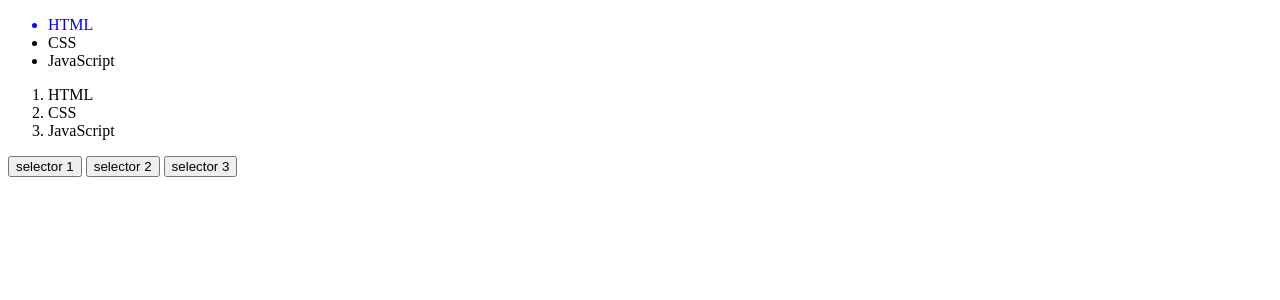
Repository: letzbegin/Study
Page: http://localhost/Javascript/DOM/Ex_03.jsp
The author's editor kept a copy of each file at every save. The page is drawn from the files as they stood at one save, then again after the next save.
The browser window is 1280 px wide. The pictures show the whole page.
After loading, the first visible `input[onclick="third()"]` was clicked once.
The page is served by Tomcat 9. Other server files are loaded and not shown.

Above is the page before, as saved 2018-09-15 15:58:59.

### web_javascript/Javascript/WebContent/DOM/Ex_03.jsp
<%@ page language="java" contentType="text/html; charset=UTF-8"
    pageEncoding="UTF-8"%>
<!DOCTYPE html PUBLIC "-//W3C//DTD HTML 4.01 Transitional//EN" "http://www.w3.org/TR/html4/loose.dtd">
<html>
<head>
<meta http-equiv="Content-Type" content="text/html; charset=UTF-8">
<title>Insert title here</title>
</head>
<body>
<ul>
    <li>HTML</li>
    <li>CSS</li>
    <li>JavaScript</li>
</ul>
<ol>
    <li>HTML</li>
    <li class="active">CSS</li>
    <li>JavaScript</li>
</ol>
<input type="button" onclick="first()" value="selector 1">
<input type="button" onclick="second()" value="selector 2">
<input type="button" onclick="third()" value="selector 3">

</body>
</html>

<script type="text/javascript">
	//CSS의 선택자를 이용해서 태그를 선택
	//최초의 li 태그를 가진 값만 선택
	function first(){
		var li = document.querySelector("li");
		li.style.color="blue";
	}
// 	모든 li태그 선택
	function second(){
		var li = document.querySelectorAll("li")
		li.style.color="orange";
	}
	function third(){
		var li = document.querySelector("li");
		li.style.color="blue";
	}

</script>

After the next save:
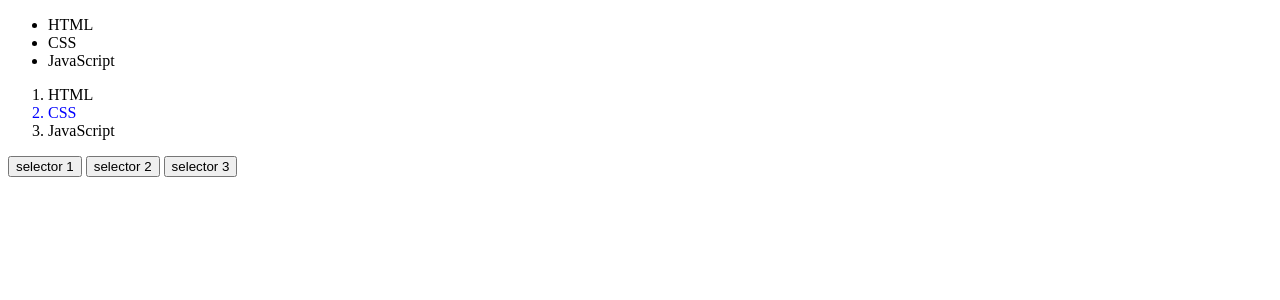
Saved 33 s later.
--- a/web_javascript/Javascript/WebContent/DOM/Ex_03.jsp
+++ b/web_javascript/Javascript/WebContent/DOM/Ex_03.jsp
@@ -37,7 +37,7 @@
 		li.style.color="orange";
 	}
 	function third(){
-		var li = document.querySelector("li");
+		var li = document.querySelector(".active");
 		li.style.color="blue";
 	}
 
